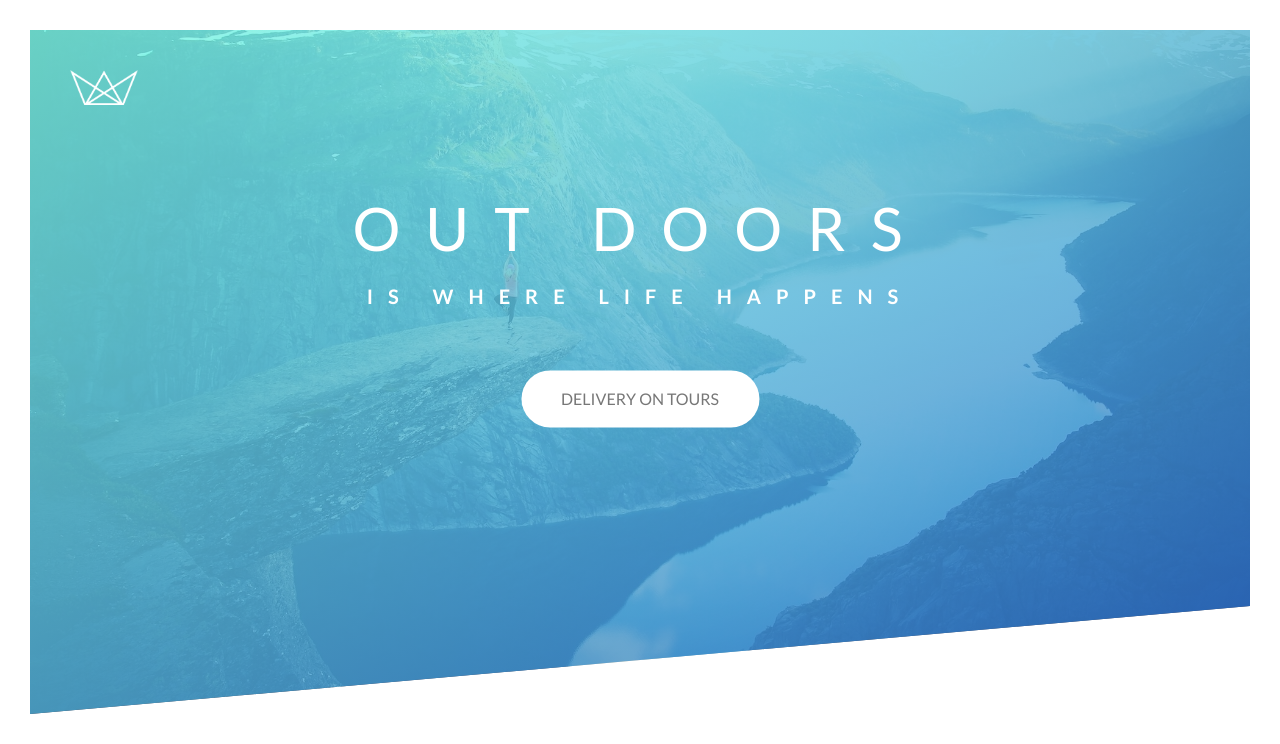
Repository: haokiet2501/natours-page
Page: index.html
An editor plug-in stored every save of this project. The page is shown before and after the next save, followed by the edit.
The browser window is 1280 px wide. The pictures show the whole page.
The pointer rests on the first visible `.btn`.

Above is the page before, as saved 2022-07-31 19:34:21.

After the next save:
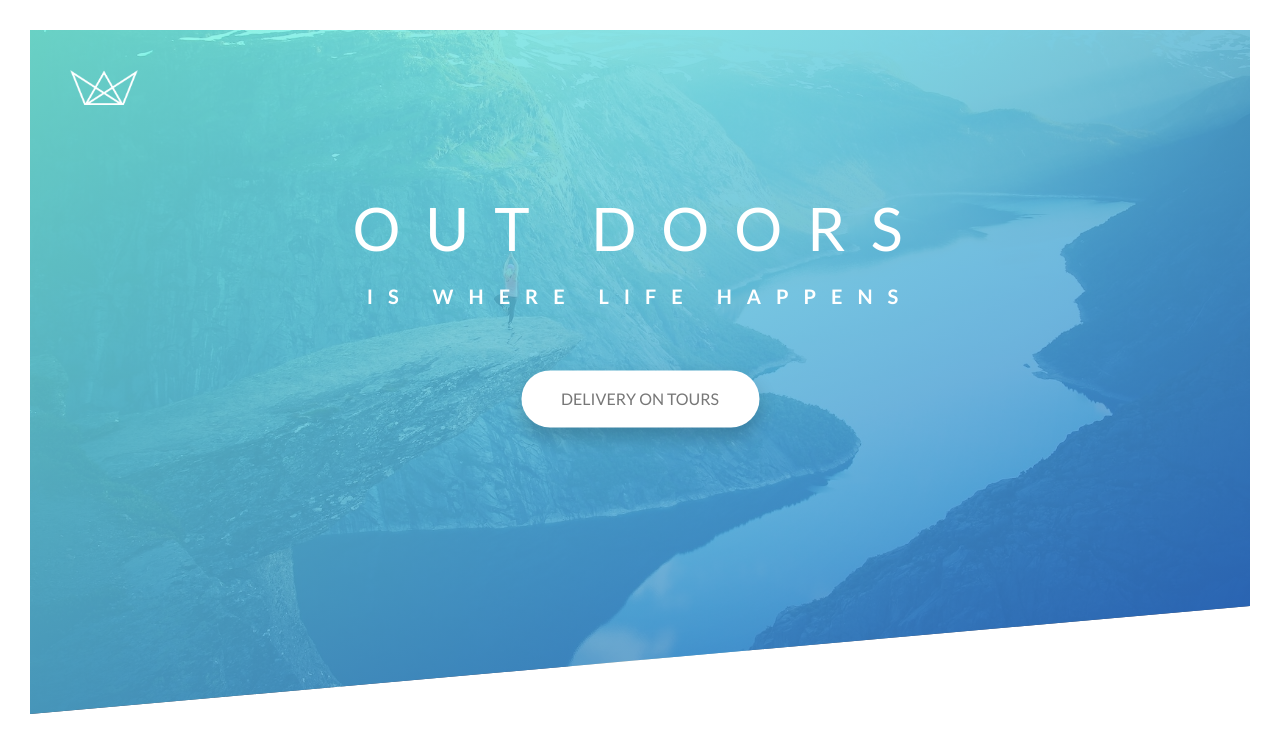
Saved 6 s later.
--- a/styles.css
+++ b/styles.css
@@ -120,7 +120,7 @@ html {
 
 .btn:hover {
     transform: translateY(-3px);
-    box-shadow: 0 10px 20px rgba(0, 0, 0, alpha);
+    box-shadow: 0 10px 20px rgba(0, 0, 0, 0.2);
 }
 
 .btn:active {
